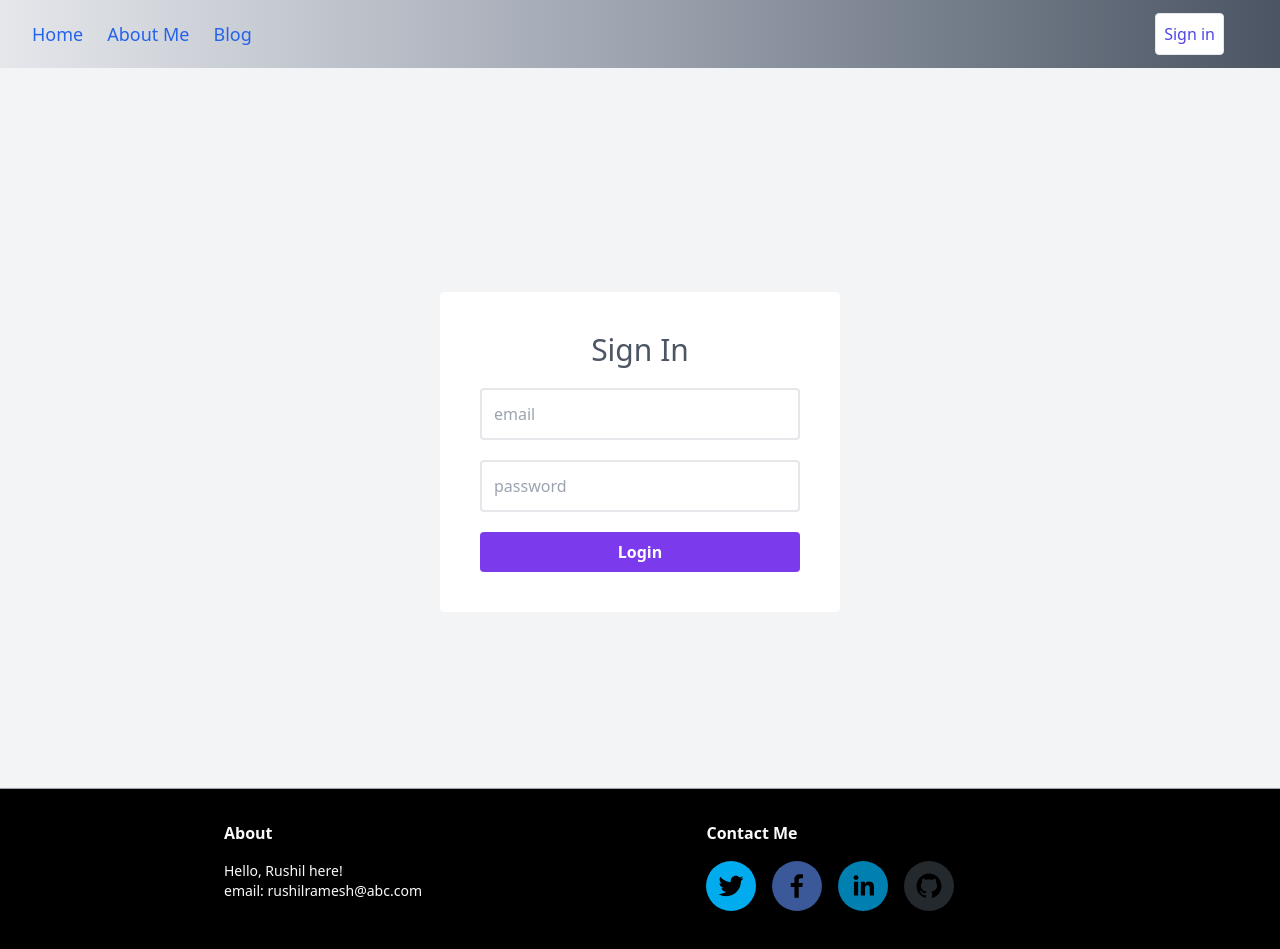
Repository: rushilramesh/portfolio-page
Page: /login
These files come from the project's save history. The page is drawn as it stood at one moment and after the next save; the edit follows.
The browser window is 1280 px wide. The pictures show the whole page.
The page's requests for data from a server got no answer. The project was rebuilt for these pictures with package versions that can differ from the ones it lists, and the page was loaded fresh each time. The framework's server and built-in components were replaced by stand-ins that run in the browser. No one was signed in, and anything a server would have sent is missing. Also part of the build but not shown: next.config.js.

Above is the page before, as saved 2021-05-24 12:47:29.

### pages/_app.tsx
import { AppProps } from 'next/dist/next-server/lib/router/router';
import '../styles/globals.css'
import { Provider } from 'next-auth/client';


function MyApp({ Component, pageProps } : AppProps) {

  return (
    <Provider session={pageProps.session}>
      <Component {...pageProps} />
    </Provider>
  )

}

export default MyApp

### pages/login.tsx
import Layout from "../components/Layout";
import { useState } from "react";
import { useRouter } from "next/router";
import firebaseClient from "../lib/firbaseClient";
import firebase from "firebase/app";
import "firebase/auth"


const LoginForm = () => {
    const [form, setForm] = useState({email: '', password: ''})

    const router = useRouter()

    const handleChange = event => {
       setForm({
            ...form,
            [event.target.name] : event.target.value})
    };

    const handleSubmit = async event => {
        event.preventDefault();
        await attemptLogin()
    }

    const attemptLogin = async () => {
        console.log(form)

        await firebase.auth().signInWithEmailAndPassword(form.email, form.password)
            .then(() => {
                router.push('/')
            }).catch(error => window.Error(error))
        // await fetch('/api/login', {
        //     method: 'POST',
        //     headers: { 'Content-Type' : 'application/json'},
        //     body: JSON.stringify(form)
        // }).then(res => {
        //     if (res.ok) {
        //         console.log('OK')
        //         router.push('/')
        //     }
        // }).catch(error => console.error(error))
    }

    return (
        <Layout>
        <div className="h-screen flex justify-center items-start bg-gray-100">
            <form onSubmit={handleSubmit} className="p-10 bg-white rounded flex flex-col justify-center text-center mt-56">
                <p className="mb-5 text-3xl text-gray-600">Sign In</p>
                <div><input type="email" placeholder="email" name="email" className="mb-5 p-3 w-80 focus:border-purple-700 rounded border-2 outline-none" onChange={handleChange}/></div>
                <div><input type="password" placeholder="password" name="password" className="mb-5 p-3 w-80 focus:border-purple-700 rounded border-2 outline-none" onChange={handleChange}/></div>
                <button type="submit" className="bg-purple-600 hover:bg-purple-900 text-white font-bold p-2 rounded w-80">Login</button>
            </form>
        </div>
        </Layout>
    )

}

export default LoginForm;

### styles/globals.css
@tailwind base;
@tailwind components;
@tailwind utilities;

code {
    background-color: black;
    color: #f8f8f2;
    padding: 3px;
    border-radius: 3px;
}

### components/Layout.tsx
import Nav from './Nav'
import utilStyles from '../styles/utils.module.css'
import Link from 'next/link'
import { SocialIcon } from 'react-social-icons';

const Layout = ({children, home} : {children: React.ReactNode, home?: boolean, }) => {
    return (
        <div className="flex flex-col width-screen h-screen" >
            <header>
                <Nav />
            </header>
            <div className="container mx-auto mb-488 text-center">
                <main>{children}</main>
            </div>

            <footer  className= {(home) ? " fixed bottom-0 bg-black border-t w-full border-gray-400 shadow text-gray-50 h-40" : "  bg-black border-t border-gray-400 shadow text-gray-50 "}>
            <div className="container max-w-4xl mx-auto flex py-8 ">
                <div className="flex w-full md:w-7/12 ">
                    <div className="px-8">
                        <h3 className="font-bold text-gray-50">About</h3>
                        <p className="py-4 text-gray-50 text-sm">
                            Hello, Rushil here!
                            <br/>
                            email: rushilramesh@abc.com
                        </p>
                    </div>
				</div>

                <div className="flex w-full md:w-1/2 ">
					<div className="px-8">
						<h3 className="font-bold -mb-4 text-gray-50">Contact Me</h3>
						<div className="container justify-center inline-flex mt-8 space-x-4 ">
                            <a href='https://twitter.com/?lang=en'><SocialIcon network="twitter" /></a>
                            <a href='https://www.facebook.com/'><SocialIcon network="facebook" /></a>
                            <a href='https://www.linkedin.com/in/rushil-ramesh-2a8404209/'><SocialIcon network="linkedin" /></a>
                            <a href='https://github.com/rushilramesh'><SocialIcon network="github" /></a>
                        </div>
					</div>
				</div>
            </div>
        </footer>
        </div>
    )
}

export default Layout;

### components/Nav.tsx
/* This example requires Tailwind CSS v2.0+ */
import Link from 'next/link'
import Image from 'next/dist/client/image'
import router, { useRouter } from 'next/router'
import { signIn, signOut, useSession} from 'next-auth/client'


const navs = [
   {name: 'Home', href: '/'},
   {name: 'About Me', href: 'http://localhost:3000/about'},
   {name: 'Blog', href: 'http://localhost:3000/blog'}
]


export default function Nav() {
   const [session, loading] = useSession()

   if (loading) {
      return <h1></h1>
   }

   return (
      <nav id="header" className="w-full z-30 top-10 py-1 bg-gradient-to-r from-gray-200 via-gray-400 to-gray-600 shadow-lg  mt-15">
         <div className="w-full flex items-center justify-between mt-0 px-6 py-2">
         <label  className="cursor-pointer md:hidden block">
            <svg className="fill-current text-blue-600" xmlns="http://www.w3.org/2000/svg" width="20" height="20" viewBox="0 0 20 20">
               <title>menu</title>
               <path d="M0 3h20v2H0V3zm0 6h20v2H0V9zm0 6h20v2H0v-2z"></path>
            </svg>
         </label>
         <input className="hidden" type="checkbox" id="menu-toggle"/>

         <div className="hidden md:flex md:items-center md:w-auto w-full order-3 md:order-1" id="menu">
            <nav>
               <ul className="md:flex items-center justify-between text-base text-blue-600 pt-4 md:pt-0">
                  {navs.map((item) => (
                  <li key={item.name} >
                     <Link href={item.href}>
                        <a className="inline-block no-underline hover:text-black font-medium text-lg py-2 px-4 lg:-ml-2" >{item.name}</a>
                     </Link>
                  </li>))}
               </ul>
            </nav>
         </div>

         <div className="order-2 md:order-3 flex flex-wrap items-center justify-end mr-0 md:mr-4" id="nav-content">
            <div className="auth flex space-x-4 items-center w-full md:w-full">
               { session && (
                  <Image src="/images/displayPhoto.jpeg" alt="DP" width={30} height ={30} className="rounded-full"/>
               )}
               <button className="bg-white text-indigo-600 p-2 rounded border mr-4 hover:bg-gray-100 hover:text-indigo-700">
                  {session ? (
                        <button onClick={e => {
                           e.preventDefault()
                           signOut()
                           router.push('/')
                        }}>Sign Out</button>
                        ) : (
                        <button onClick={e => {
                           e.preventDefault()
                           signIn("Credentials")
                        }}>Sign in</button>
                     )
                  }
               </button>
            </div>
         </div>
         </div>
      </nav>
  )
}

### tailwind.config.js
module.exports = {

  purge: ['./pages/**/*.{js,ts,jsx,tsx}', './components/**/*.{js,ts,jsx,tsx}'],
  darkMode: false, // or 'media' or 'class'
  theme: {
    extend: {
      backgroundImage: theme => ({
        'main-background': "url('/images/background-photo.jpeg')",
      })
    },
  },
  variants: {
    extend: {
      justifyItems: ['hover', 'focus'],
    },
  },
  plugins: [],
}

After the next save:
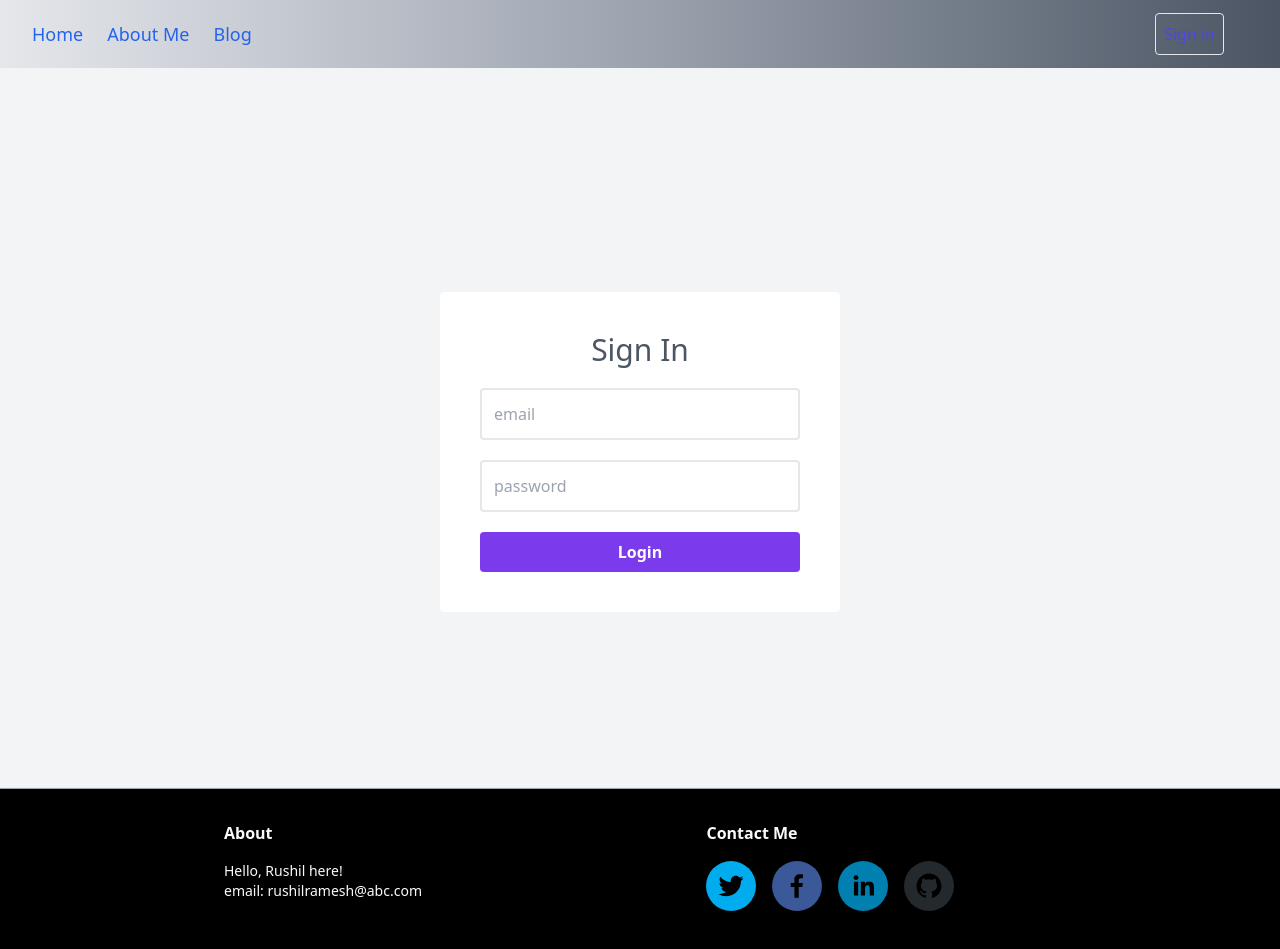
Saved 11 s later.
--- a/components/Nav.tsx
+++ b/components/Nav.tsx
@@ -48,7 +48,7 @@ export default function Nav() {
                { session && (
                   <Image src="/images/displayPhoto.jpeg" alt="DP" width={30} height ={30} className="rounded-full"/>
                )}
-               <button className="bg-white text-indigo-600 p-2 rounded border mr-4 hover:bg-gray-100 hover:text-indigo-700">
+               <button className=" text-indigo-600 p-2 rounded border mr-4 hover:bg-gray-100 hover:text-indigo-700">
                   {session ? (
                         <button onClick={e => {
                            e.preventDefault()
